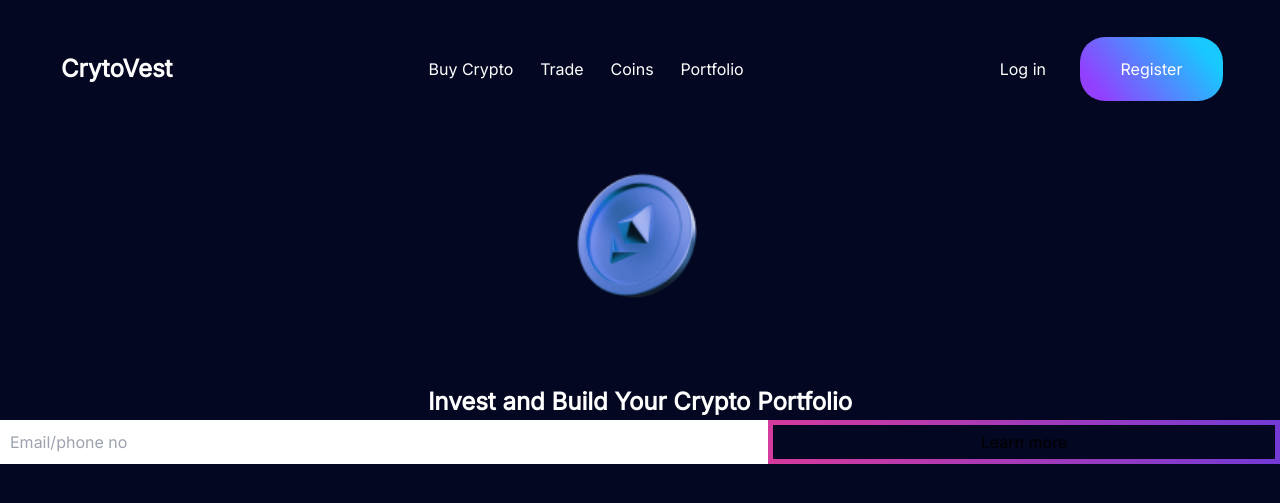
Repository: Eugene44-hub/cryptovest
Page: /
An editor plug-in stored every save of this project. The page is shown before and after the next save, followed by the edit.
The browser window is 1280 px wide. The pictures show the whole page.
The project was rebuilt for these pictures with package versions that can differ from the ones it lists, and the page was loaded fresh each time. Also part of the build but not shown: vite.config.ts.

Above is the page before, as saved 2022-07-15 17:27:43.

### src/App.tsx
import Home from "./pages/home/Home"

function App() {

  return (
    <div className="App">
      <Home/>

    </div>
  )
}

export default App

### src/index.css
@import url('https://fonts.googleapis.com/css2?family=Inter&display=swap');
@tailwind base;
@tailwind components;
@tailwind utilities;
body {
    margin: 0;
    font-family: 'Inter', sans-serif;
    -webkit-font-smoothing: antialiased;
    -moz-osx-font-smoothing: grayscale;
    padding: 0;
    background-color: rgba(3, 7, 34, 1);
}

code {
    font-family: source-code-pro, Menlo, Monaco, Consolas, 'Courier New', monospace;
}

.container {
    max-width: 1440px;
    margin: 0 auto;
}

### src/pages/home/Home.tsx
import React from 'react'
import Hero from '../../components/hero/Hero'
import Nav from '../../components/nav/Nav'

const Home = () => {
  return (
    <div>
      <Nav/>
      <Hero/>
    </div>
  )
}

export default Home

### src/components/hero/Hero.tsx
import React from 'react'
import etherum from "../../assets/images/hero/EtheriumCoin.png"
import bitcoin from "../../assets/images/hero/Bitcoin.png"
import monero from "../../assets/images/hero/Monero.png"
import liteCoin from "../../assets/images/hero/LiteCoin.png"
import styles from "./Hero.module.scss"
const Hero = () => {
  return (
    <section>
      <article className={`${styles.container} container`}>

      <img src={etherum} className="m-auto w-[20%] mt-[10px]" alt="etherum" />

        <div className='mt-[17px]'>
          <header className={`${styles.header} text-white text-center`}>
          Invest and Build Your Crypto Portfolio
          </header>
          <div className=' flex'>
          <input  type="text" className='p-[10px] w-[60%]' placeholder='Email/phone no' />
<button className={`flex-1  ${styles.inputBtn}`}>
  Learn more
</button>
          </div>
        </div>

      </article>
    </section>
  )
}

export default Hero

### src/components/nav/Nav.tsx
import React from 'react'
import styles from "./Nav.module.scss"
const navItems = ["Buy Crypto", "Trade", "Coins", "Portfolio"]
import { AiOutlineMenu } from "react-icons/ai"

const Nav = () => {
  return (
    <nav className='pt-[37px]'>
      <div className='container  px-[24px] md:pl-[61px] md:pr-[57px] text-white'>
        <div className='flex justify-between items-center'>
          <span className={`font-[700] ${styles.banner}`}>
            CrytoVest
          </span>
          <div className='hidden lg:flex justify-between items-center flex-1'>
            <ul className='flex font-[500] m-auto lg:w-[50%] xl:w-[30%]  justify-between'>
              {navItems.map((item, index) => (<li key={index}>{item}</li>))}
            </ul>
            <div className='font-[500]'>
              <button className='mr-[34px]'>
                Log in
              </button>
              <button className={`${styles.btn} w-[143px]`}>
                Register
              </button>
            </div>
          </div>
          <AiOutlineMenu color="white" size={24} className="font-bold lg:hidden" />
        </div>


      </div>
    </nav>
  )
}

export default Nav

### src/components/hero/Hero.module.scss
@import "../../sass";
.container {
    .header {
        font-weight: 900;
        font-size: 24px;
    }
    .inputBtn {
        border-image-slice: 1;
        border-width: 5px;
        border-style: solid;
        border-image-source: linear-gradient(to left, #743ad5, #d53a9d);
    }
}

### src/components/nav/Nav.module.scss
@import "../../sass/index.scss";
.banner {
    font-size: rem(24);
}

.btn {
    @include setBtn($gradient1);
}

### src/sass/index.scss
@import "./config";

### src/sass/config/_index.scss
@import "variables";
@import "utilities";
@import "mixins&funcs";

### src/sass/config/_variables.scss
$gradient1:linear-gradient(231.7deg, #18C8FF 15.39%, #933FFE 87.39%);
$gradient: linear-gradient(180.01deg, rgba(245, 245, 245, 0.53) 0.39%, rgba(205, 96, 188, 0.5) 24.76%, rgba(56, 77, 130, 0.26) 63.89%, rgba(105, 30, 226, 0.03) 92.45%);
$bgColor:rgba(3, 7, 34, 1);
$purple1:rgba(185, 130, 255, 1);
$purple1:rgba(132, 112, 255, 1);
$grey1:rgba(255, 255, 255, 1);

### src/sass/config/_utilities.scss
/*
➡️ 0px -480px -  Smaller Smartphones

➡️ 481px -768px  - Tablets & larger smartphones

➡️ 769px -1279px  -  Laptops, larger tablets
in landscape, and small desktops

➡️ 1280px+ - Larger desktops and monitors
*/

%btn {
    border-radius: 25px;
    padding: 20px 0;
}

### src/sass/config/_mixins&funcs.scss
@use "sass:math";
@function rem($px, $default:16) {
    @return (math.div($px, $default)*1rem);
}

@mixin devices($device) {
    @media screen and (max-width: $device) {
        @content;
    }
}

@mixin setBtn($bgColor) {
    background: $bgColor;
    color: white;
    @extend %btn
}

Loaded but not shown: index.html (common file); src/main.tsx (common file); tailwind.config.js (common file)

After the next save:
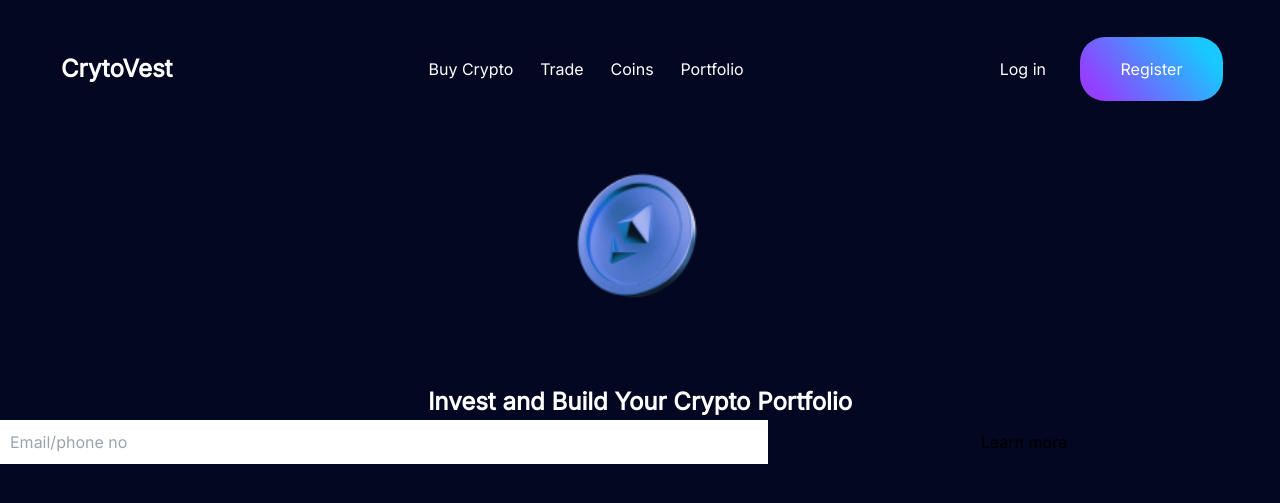
Saved 9 s later.
--- a/src/components/hero/Hero.module.scss
+++ b/src/components/hero/Hero.module.scss
@@ -6,7 +6,6 @@
     }
     .inputBtn {
         border-image-slice: 1;
-        border-width: 5px;
         border-style: solid;
         border-image-source: linear-gradient(to left, #743ad5, #d53a9d);
     }

After the save that followed:
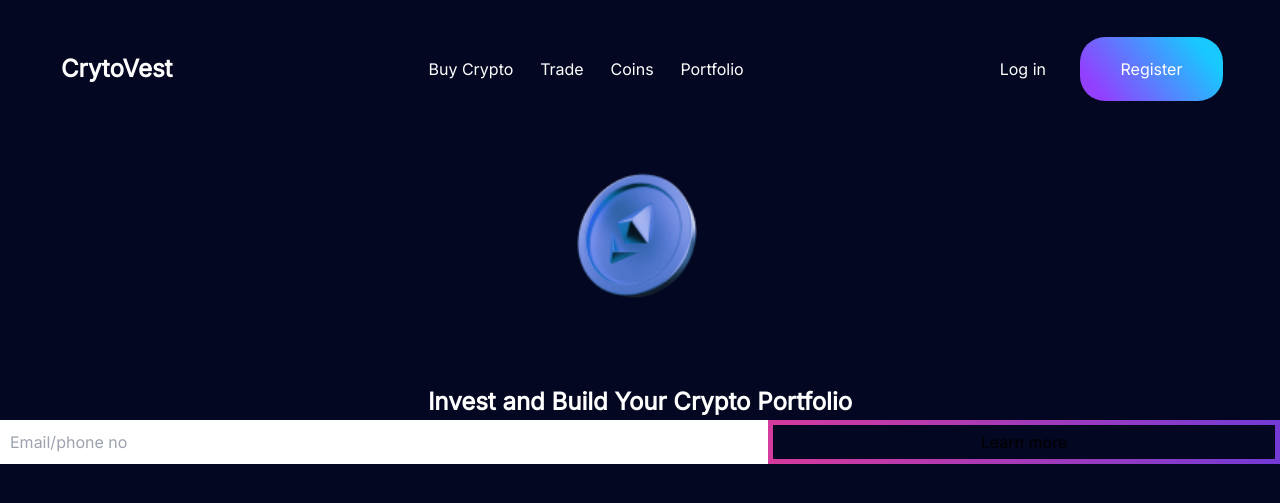
Saved 7 s later.
--- a/src/components/hero/Hero.module.scss
+++ b/src/components/hero/Hero.module.scss
@@ -6,6 +6,7 @@
     }
     .inputBtn {
         border-image-slice: 1;
+        border-width: 5px;
         border-style: solid;
         border-image-source: linear-gradient(to left, #743ad5, #d53a9d);
     }
